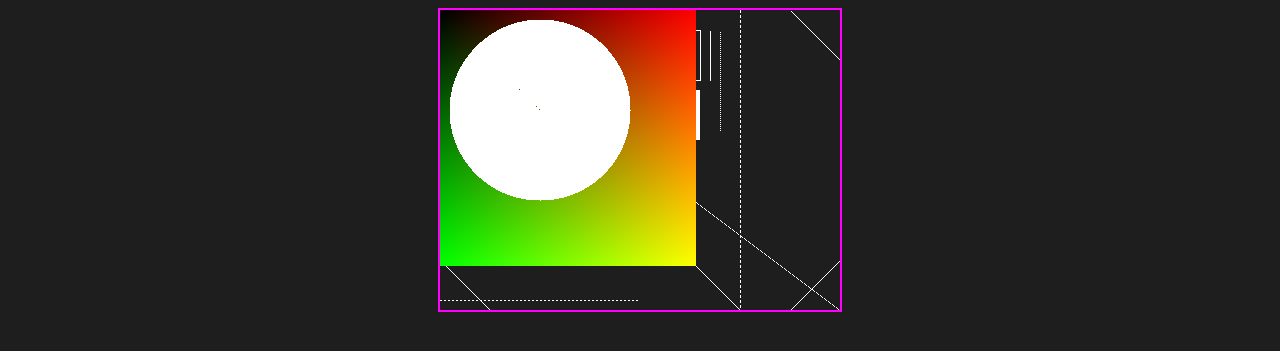
Repository: StarLightGX/miao
Page: paint.html
These files come from the project's save history. The page is drawn as it stood at one moment and after the next save; the edit follows.
The browser window is 1280 px wide. The pictures show the whole page.

Above is the page before, as saved 2020-11-13 16:47:52.

### paint.html
<!DOCTYPE html>
<html lang="en">
  <head>
    <meta charset="UTF-8" />
    <title>画图</title>
    <style>
      html {
        background-color: rgb(30, 30, 30);
      }
      canvas {
        border: 2px solid #f0f;
        display: block;
        margin: auto;
      }
    </style>
  </head>
  <body>
    <canvas width="400" height="300"></canvas>
  </body>
  <script>
    var canvas = document.querySelector("canvas");
    canvas.style.imageRendering = "pixelated";
    var ctx = canvas.getContext("2d");

    function dot(x, y, color = "white") {
      x = x | 0;
      y = y | 0;
      ctx.fillStyle = color;
      ctx.fillRect(x, y, 1, 1);
    }

    function line(x1, y1, x2, y2) {
      ctx.strokeStyle = "black";
      ctx.moveTo(x1, y1);
      ctx.lineTo(x2, y2);
      ctx.stroke();
    }
    /**
   * YOUR TASK
画图的题：
画一条实线
画一条一个实点一个空点的虚线
画一条两个实点两个空点的虚线
画一条三个实点两个空点的虚线
画一条45度的斜线
画一条30度的斜线（选做）
在四个角画分别画一条45度的斜线以让画面看起来像一个相框
画一条跨越画布左上角和右下角的对角线
画一个空心矩形
画一个实心矩形
画一个rgb色彩空间的某一面
画一个空心的圆
画一个实心的圆
画一个大小合适的sin(x)的图像
   */
  </script>
  <script>
    // YOUR CODE GOES BELOW
    var x = 1;
    var y = 1;
    var i = 0;

    // 画一条实线
    y = 20;
    for (i = 0; i < 50; i++) {
      y = y + 1;
      x = 270;
      dot(x, y);
    }

    // 画一条一个实点一个空点的虚线
    y = 20;
    for (i = 0; i < 50; i++) {
      y = y + 2;
      x = 280;
      dot(x, y);
    }

    // 画一条两个实点两个空点的虚线
    for (var x = 0; x < 200; x++) {
      if (x % 4 < 2) {
        dot(x, 290);
      }
    }

    // for (i = 0; i < 50; i++) {
    //   y = 4 * (i + 1);
    //   x = 290;
    //   dot(x, y);
    // }

    // for (i = 0; i < 50; i++) {
    //   y = 4 * (i + 1) + 1;
    //   x = 290;
    //   dot(x, y);
    // }

    // 画一条三个实点两个空点的虚线

    for (i = 0; i < 100; i++) {
      y = 5 * (i + 1);
      x = 300;
      dot(x, y - 10);
    }

    for (i = 0; i < 100; i++) {
      y = 5 * (i + 1) + 1;
      x = 300;
      dot(x, y - 10);
    }

    for (i = 0; i < 100; i++) {
      y = 5 * (i + 1) + 2;
      x = 300;
      dot(x, y - 10);
    }

    // 画一条45度的斜线
    y = 0;
    for (i = 0; i < 1050; i++) {
      y = y + 1;
      x = y;
      dot(x, y);
    }
    // 画一条30度的斜线（选做）
    for (var x = 0; x < 200; x++) {
      var y = x / Math.sqrt(3);
      dot(x, y);
    }

    // 在四个角画分别画一条45度的斜线以让画面看起来像一个相框
    y = 0;
    for (i = 0; i < 1050; i++) {
      y = y + 1;
      x = y;
      dot(x - 250, y);
    }
    y = 0;
    for (i = 0; i < 1050; i++) {
      y = y + 1;
      x = y;
      dot(x + 350, y);
    }
    y = 0;
    for (i = 0; i < 1050; i++) {
      y = y + 1;
      x = -y;
      dot(x + 50, y);
    }
    y = 0;
    for (i = 0; i < 1050; i++) {
      y = y + 1;
      x = -y;
      dot(x + 650, y);
    }

    // 画一条跨越画布左上角和右下角的对角线
    y = 0;
    for (i = 0; i < 500; i++) {
      y = y + 1;
      x = (4 / 3) * y;
      dot(x, y);
    }
    // 画一个空心矩形
    y = 20;
    for (i = 0; i < 50; i++) {
      y = y + 1;
      x = 260;
      dot(x, y);
    }
    y = 20;
    for (i = 0; i < 50; i++) {
      y = y + 1;
      x = 230;
      dot(x, y);
    }
    y = 20;
    for (i = 0; i < 31; i++) {
      y = y + 1;
      x = 30;
      dot(y + 209, x - 10);
    }
    y = 20;
    for (i = 0; i < 31; i++) {
      y = y + 1;
      x = 30;
      dot(y + 209, x + 40);
    }
    // 画一个实心矩形

    for (x = 230; x < 260; x++) {
      for (y = 80; y < 130; y++) {
        dot(x, y);
      }
    }

    // 画一个rgb色彩空间的某一面
    for (x = 0; x < 256; x++) {
      for (y = 0; y < 256; y++) {
        dot(x, y, "rgb" + "(" + x + "," + y + "," + 0 + ")");
      }
    }
    // 画一个空心的圆
    for (var r = 90; r > 0; r = r - 0.01) {
      for (x = -r; x < r; x++) {
        y = Math.sqrt(r * r - x * x);
        dot(x + 100, y + 100);
        dot(x + 100, -y + 100);
      }
      for (y = -r; y < r; y++) {
        x = Math.sqrt(r * r - y * y);
        dot(x + 100, y + 100);
        dot(-x + 100, y + 100);
      }
    }
    //  for (var theta = 0; theta)
    // 画一个实心的圆

    // 画一个大小合适的sin(x)的图像
    y = 30;
    x = 30;
  </script>
</html>

After the next save:
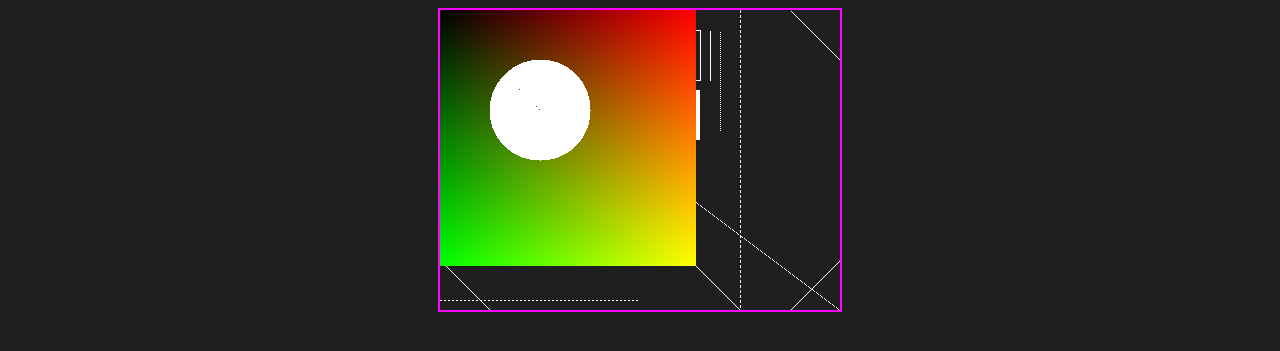
Saved 15 s later.
--- a/paint.html
+++ b/paint.html
@@ -201,7 +201,7 @@
       }
     }
     // 画一个空心的圆
-    for (var r = 90; r > 0; r = r - 0.01) {
+    for (var r = 50; r > 0; r = r - 0.01) {
       for (x = -r; x < r; x++) {
         y = Math.sqrt(r * r - x * x);
         dot(x + 100, y + 100);
